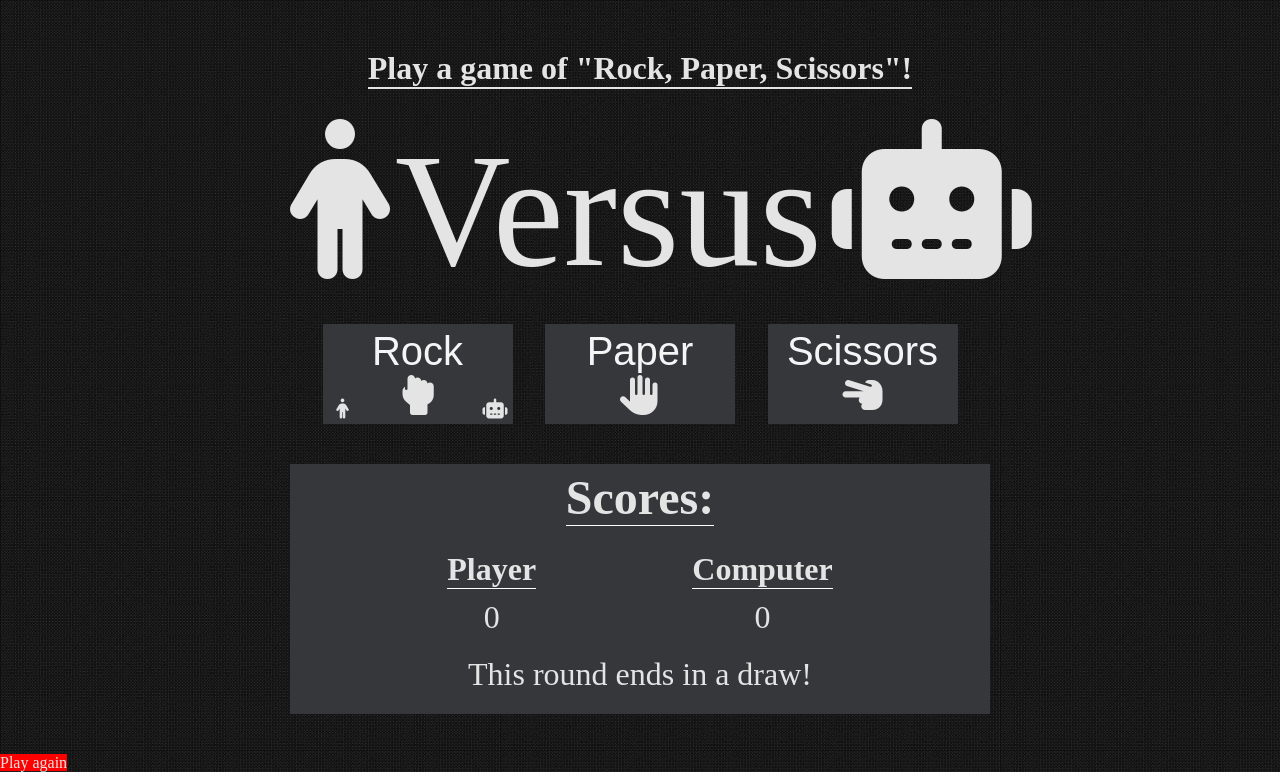
Repository: Pafestivo/rock-paper-scissors
Page: index.html
The author's editor kept a copy of each file at every save. The page is drawn from the files as they stood at one save, then again after the next save.
The browser window is 1280 px wide. The pictures show the whole page.
After loading, the first visible `#rock` was clicked once.
Some web libraries are served in a nearby version.

Above is the page before, as saved 2022-10-15 12:05:47.

After the next save:
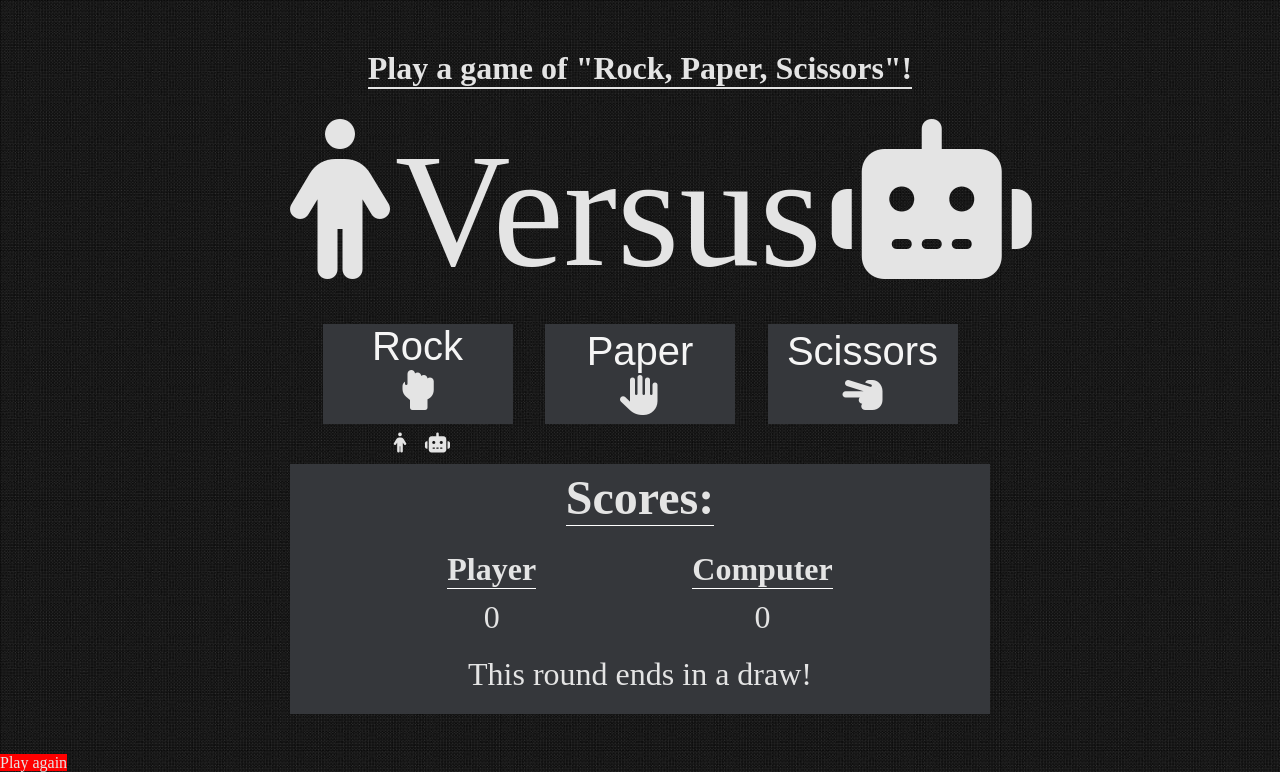
Saved 40 s later.
--- a/styles.css
+++ b/styles.css
@@ -43,7 +43,6 @@
 }
 
 button {
-  position: relative;
   width: 190px;
   height: 100px;
   background-color: #35373B;
@@ -72,7 +71,6 @@
 }
 
 .comp-choice {
-  position: absolute;
   bottom: 5px;
   right: 10px;
   font-size: 20px;
@@ -80,7 +78,6 @@
 }
 
 .player-choice {
-  position: absolute;
   bottom: 5px;
   left: 10px;
   font-size: 20px;

After the save that followed:
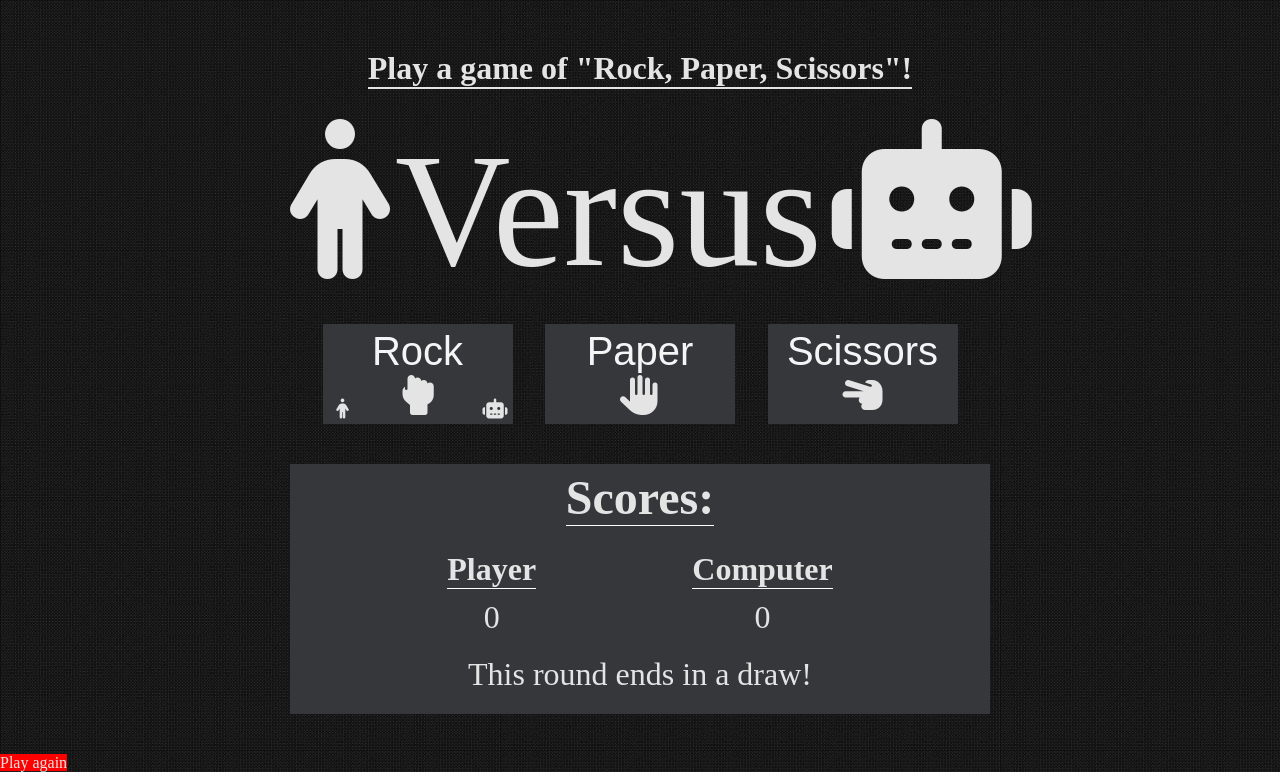
Saved 7 s later.
--- a/styles.css
+++ b/styles.css
@@ -43,6 +43,7 @@
 }
 
 button {
+  position: relative;
   width: 190px;
   height: 100px;
   background-color: #35373B;
@@ -71,6 +72,7 @@
 }
 
 .comp-choice {
+  position: absolute;
   bottom: 5px;
   right: 10px;
   font-size: 20px;
@@ -78,6 +80,7 @@
 }
 
 .player-choice {
+  position: absolute;
   bottom: 5px;
   left: 10px;
   font-size: 20px;
@@ -127,5 +130,5 @@
   text-decoration: none;
   color: inherit;
   background-color: red;
-  margin: 0 auto;
+  margin: 0
 }
